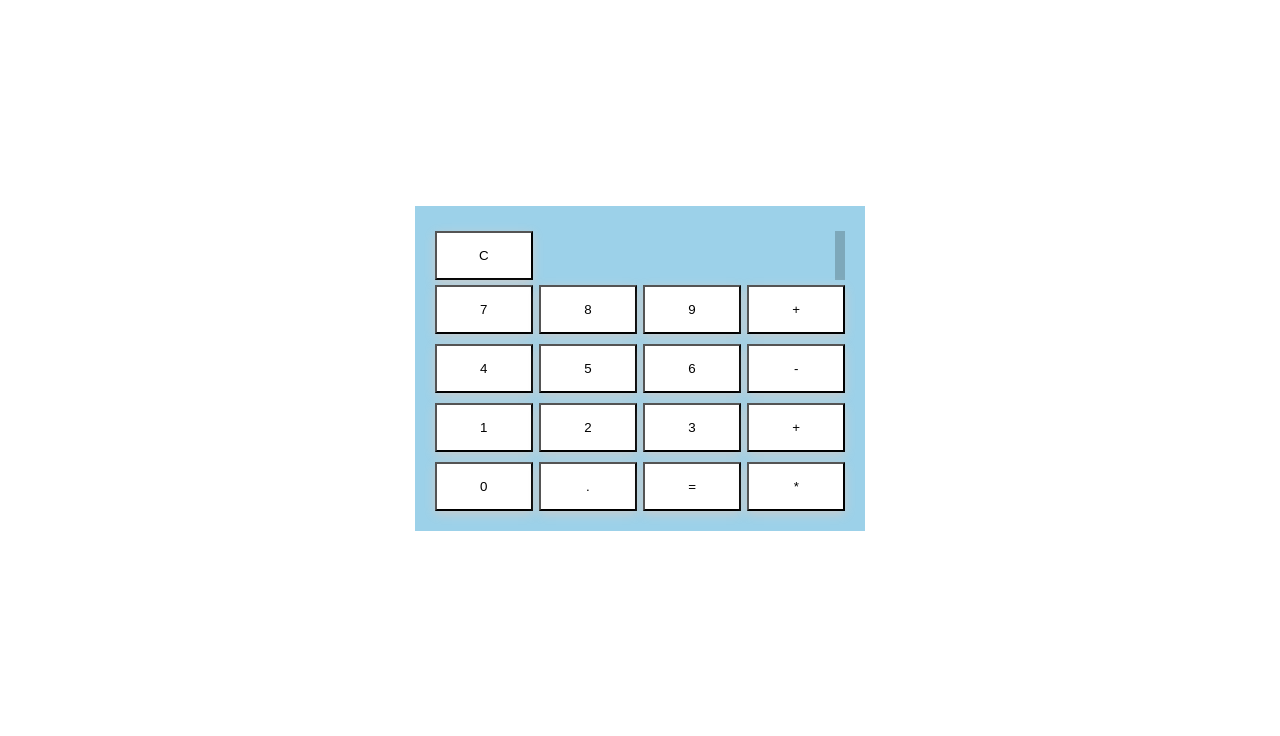
Repository: sem1103/calculator
Page: index.html
An editor plug-in stored every save of this project. The page is shown before and after the next save, followed by the edit.
The browser window is 1280 px wide. The pictures show the whole page.

Above is the page before, as saved 2023-11-01 19:46:52.

### index.html
<!DOCTYPE html>
<html lang="en">

<head>
    <meta charset="UTF-8">
    <meta name="viewport" content="width=device-width, initial-scale=1.0">
    <title>Calc</title>
    <style>
        .calc__container {
            display: flex;
            justify-content: center;
            height: 100vh;
            align-items: center;
        }

        .calc__wrapper {
            max-width: 900px;
            background-color: #9cd1e9;
            padding: 20px;
        }
        .calc__display{
            padding: 5px;
            background-color: #7da8ba;
        }
        .calc__main , .calc__header{
            display: flex;
            flex-direction: row;
            flex-wrap: wrap;
            justify-content: space-between;
            row-gap: 10px;
            column-gap: 5px;

        }
        .calc__header{
            margin: 5px 0;
        }

        button {
            padding: 15px 5px;
            text-align: center;
            background-color: #fff;
            box-shadow: 0 3px 10px #ccc;
            flex-basis: calc(25% - 5px);

        }
    </style>
</head>

<body>
    <div class="calc__container">
        <div class="calc__wrapper">
            <div class="calc__header">
                <button>C</button>
                <div class="calc__display">

                </div>
            </div>
            <div class="calc__main">
                <button>7</button>
                <button>8</button>
                <button>9</button>
                <button>+</button>
                <button>4</button>
                <button>5</button>
                <button>6</button>
                <button>-</button>
                <button>1</button>
                <button>2</button>
                <button>3</button>
                <button>+</button>
                <button>0</button>
                <button>.</button>
                <button>=</button>
                <button>*</button>
            </div>
        </div>
    </div>
</body>

</html>

After the next save:
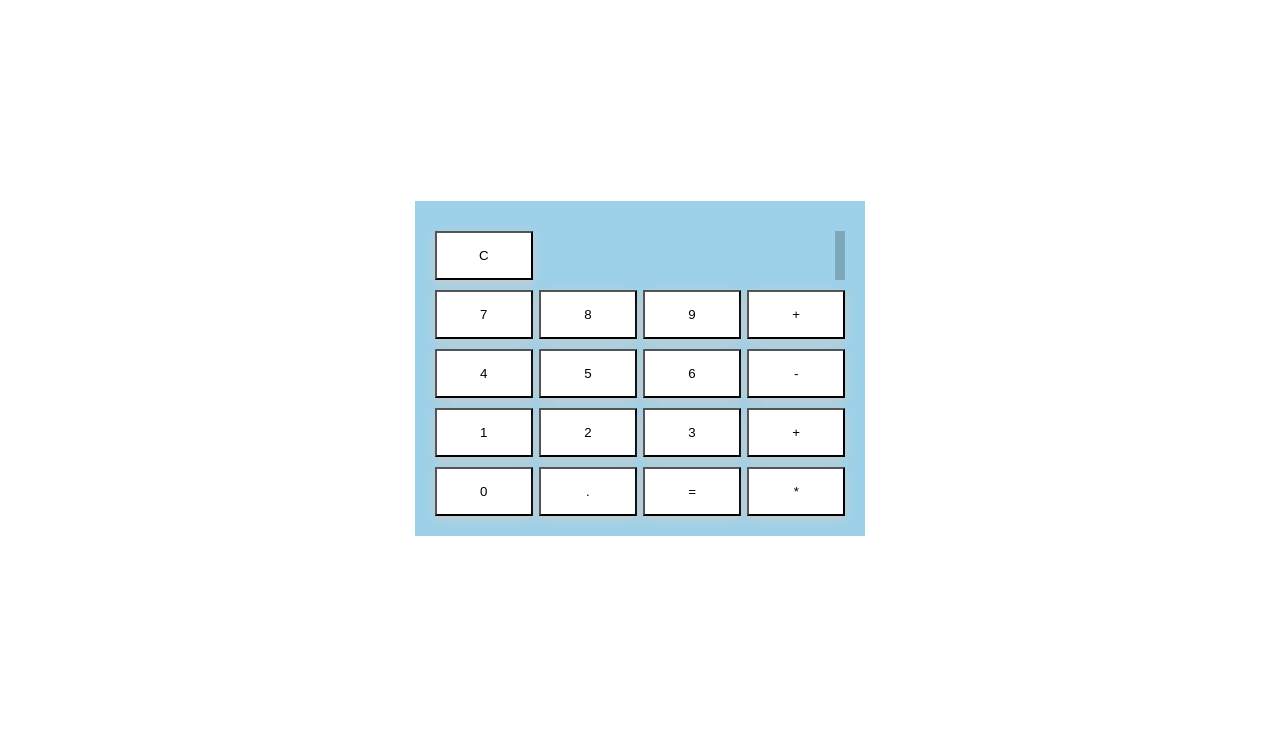
Saved 14 s later.
--- a/index.html
+++ b/index.html
@@ -32,7 +32,7 @@
 
         }
         .calc__header{
-            margin: 5px 0;
+            margin: 10px 0;
         }
 
         button {
